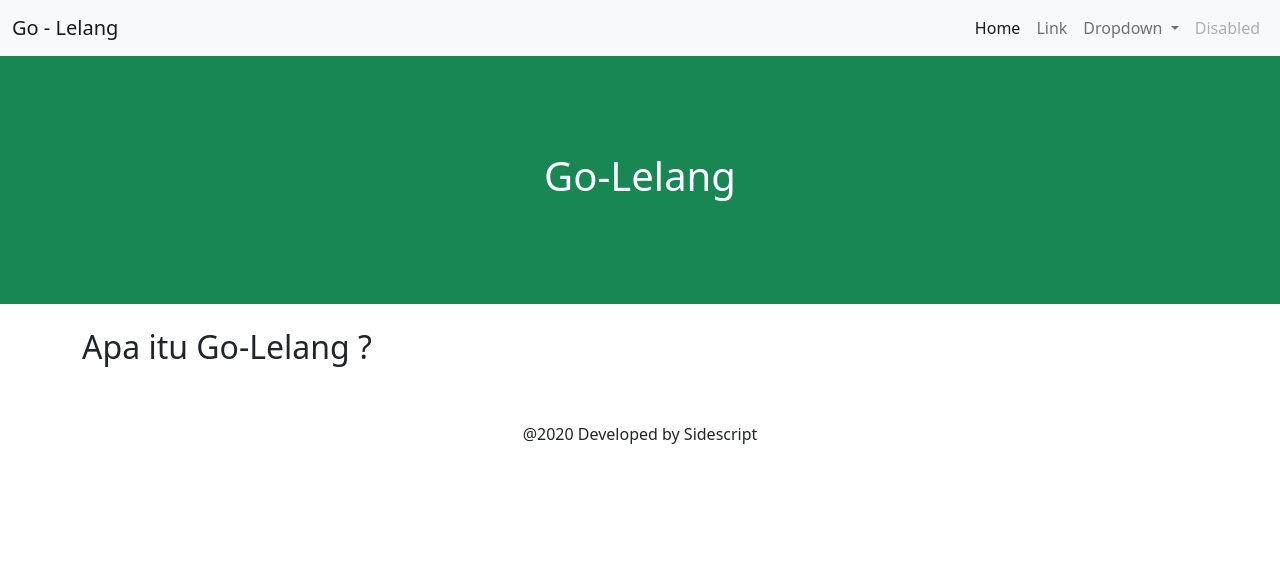
Repository: khulqu15/Go---Lelalng
Page: http://localhost/
The author's editor kept a copy of each file at every save. The page is drawn from the files as they stood at one save, then again after the next save.
The browser window is 1280 px wide. The pictures show the whole page.
The page is served by the project's Laravel application, run on PHP 8.4 with Laravel 8. Other server files are loaded and not shown.

Above is the page before, as saved 2021-02-22 09:20:50.

### routes/web.php
<?php

use App\Http\Controllers\DashboardController;
use App\Http\Controllers\PageController;
use Illuminate\Support\Facades\Route;

/*
|--------------------------------------------------------------------------
| Web Routes
|--------------------------------------------------------------------------
|
| Here is where you can register web routes for your application. These
| routes are loaded by the RouteServiceProvider within a group which
| contains the "web" middleware group. Now create something great!
|
*/

Route::get('/', [PageController::class, 'home'])->name('home');
Route::get('products', [PageController::class, 'products'])->name('products');
Route::get('product/{id}', [PageController::class, 'product'])->name('product');
Route::get('contact', [PageController::class, 'contact'])->name('contact');
Route::get('login', [PageController::class, 'login'])->name('login');
Route::get('register', [PageController::class, 'register'])->name('register');

Route::group(['middleware' => ['userDashboard']], function() {
    Route::get('dashboard', [DashboardController::class, 'index'])->name('dashboard');
    Route::get('dashboard/product', [DashboardController::class, 'product'])->name('dashboard.product');
    Route::get('dashboard/user', [DashboardController::class, 'user'])->name('dashboard.user');
    Route::get('dashboard/auction', [DashboardController::class, 'auction'])->name('dashboard.auction');
});

### app/Http/Controllers/PageController.php
<?php

namespace App\Http\Controllers;

use App\Models\Product;
use Illuminate\Http\Request;

class PageController extends Controller
{
    public function home()
    {
        return view('welcome');
    }

    public function products(Request $request)
    {
        $query = Product::query();
        if($request->get('name')) {
            $products = $query->where('name', 'LIKE', '%'.$request->get('name').'%');
        }
        if($request->get('category')) {
            $products = $query->where('category_id', $request->get('category'));
        }
        $products = $query->paginate(6);
        return view('page.products', compact('products'));
    }

    public function product($id)
    {
        $product = Product::find($id);
        return view('page.product', compact('product'));
    }

    public function contact()
    {
        return view('page.contact');
    }

    public function login()
    {
        return view('auth.login');
    }

    public function register()
    {
        return view('auth.register');
    }
}

### resources/views/welcome.blade.php
@extends('layout.app')

@section('title', 'Home')

@section('content')
	<div class="container-fluid bg-success">
		<div class="row py-5">
			<div class="col-md-12 px-0 py-5 text-center">
                <h1 class="text-white font-weight-bold">Go-Lelang</h1>
			</div>
		</div>
	</div>
    <div class="container py-4">
        <div class="row">
            <div class="col-md-6">
                <h2 class="font-weight-bold">Apa itu Go-Lelang ?</h2>
            </div>
        </div>
    </div>
@endsection

### resources/views/layout/app.blade.php
<!DOCTYPE html>
<html lang="en">
<head>
    <meta charset="UTF-8">
    <meta name="viewport" content="width=device-width, initial-scale=1.0">
    <meta http-equiv="X-UA-Compatible" content="ie=edge">
    <title>GO - Lelang | @yield('title')</title>

    <link rel="stylesheet" href="{{ asset('css/bootstrap.min.css') }}">
    <link rel="stylesheet" href="{{ asset('css/all.min.css') }}">
    <link rel="stylesheet" href="{{ asset('css/fontawesome.min.css') }}">

    <script src="{{ asset('js/jquery-3.5.1.min.js') }}"></script>
    <script src="{{ asset('js/bootstrap.min.js') }}"></script>
    <script src="{{ asset('js/all.min.js') }}"></script>
    <script src="{{ asset('js/fontawesome.min.js') }}"></script>

</head>
<body>

    <nav class="navbar navbar-expand-lg navbar-light bg-light">
        <div class="container-fluid">
          <a class="navbar-brand" href="#">Go - Lelang</a>
          <button class="navbar-toggler" type="button" data-bs-toggle="collapse" data-bs-target="#navbarSupportedContent" aria-controls="navbarSupportedContent" aria-expanded="false" aria-label="Toggle navigation">
            <span class="navbar-toggler-icon"></span>
          </button>
          <div class="collapse navbar-collapse" id="navbarSupportedContent">
            <ul class="navbar-nav ms-auto mb-2 mb-lg-0">
              <li class="nav-item">
                <a class="nav-link active" aria-current="page" href="#">Home</a>
              </li>
              <li class="nav-item">
                <a class="nav-link" href="#">Link</a>
              </li>
              <li class="nav-item dropdown">
                <a class="nav-link dropdown-toggle" href="#" id="navbarDropdown" role="button" data-bs-toggle="dropdown" aria-expanded="false">
                  Dropdown
                </a>
                <ul class="dropdown-menu" aria-labelledby="navbarDropdown">
                  <li><a class="dropdown-item" href="#">Action</a></li>
                  <li><a class="dropdown-item" href="#">Another action</a></li>
                  <li><hr class="dropdown-divider"></li>
                  <li><a class="dropdown-item" href="#">Something else here</a></li>
                </ul>
              </li>
              <li class="nav-item">
                <a class="nav-link disabled" href="#" tabindex="-1" aria-disabled="true">Disabled</a>
              </li>
            </ul>
          </div>
        </div>
      </nav>

    @yield('content')

    <footer class="container-fluid py-4">
        <div class="row">
            <div class="col-md-12 text-center">
                <p class="mb-0">@2020 Developed by Sidescript</p>
            </div>
        </div>
    </footer>
</body>
</html>

Loaded but not shown: app/Providers/AppServiceProvider.php (common file); app/Http/Controllers/Controller.php (common file); public/css/bootstrap.min.css (library); public/css/all.min.css (library); public/css/fontawesome.min.css (library); public/js/jquery-3.5.1.min.js (library); public/js/bootstrap.min.js (library); public/js/fontawesome.min.js (library)

After the next save:
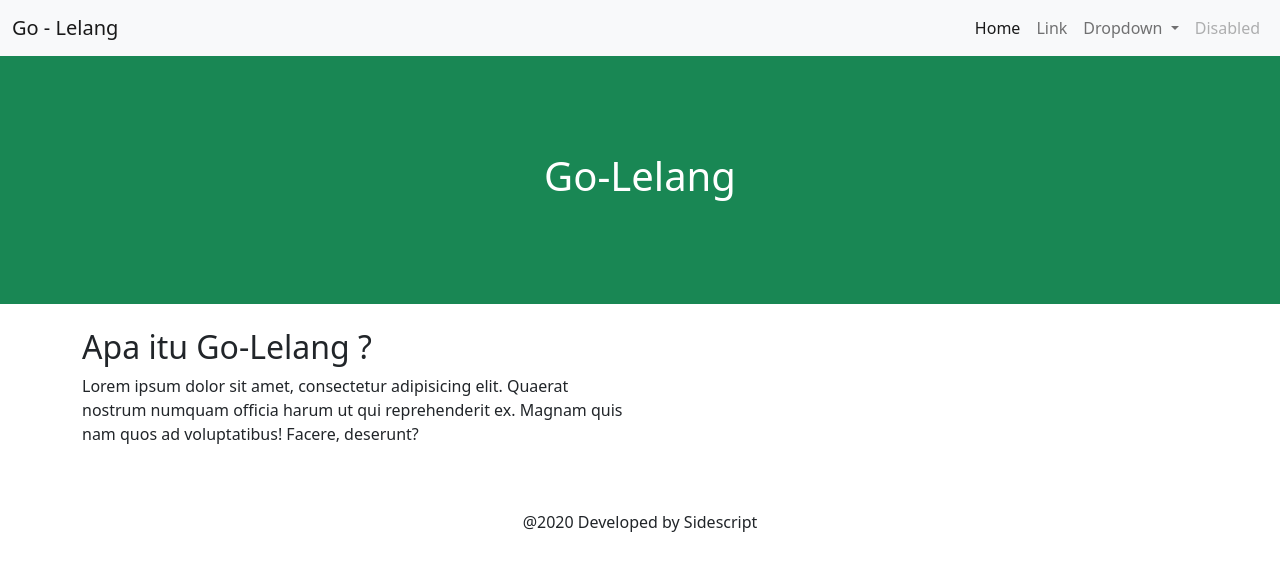
Saved 7 s later.
--- a/resources/views/welcome.blade.php
+++ b/resources/views/welcome.blade.php
@@ -14,6 +14,7 @@
         <div class="row">
             <div class="col-md-6">
                 <h2 class="font-weight-bold">Apa itu Go-Lelang ?</h2>
+                <p>Lorem ipsum dolor sit amet, consectetur adipisicing elit. Quaerat nostrum numquam officia harum ut qui reprehenderit ex. Magnam quis nam quos ad voluptatibus! Facere, deserunt?</p>
             </div>
         </div>
     </div>
